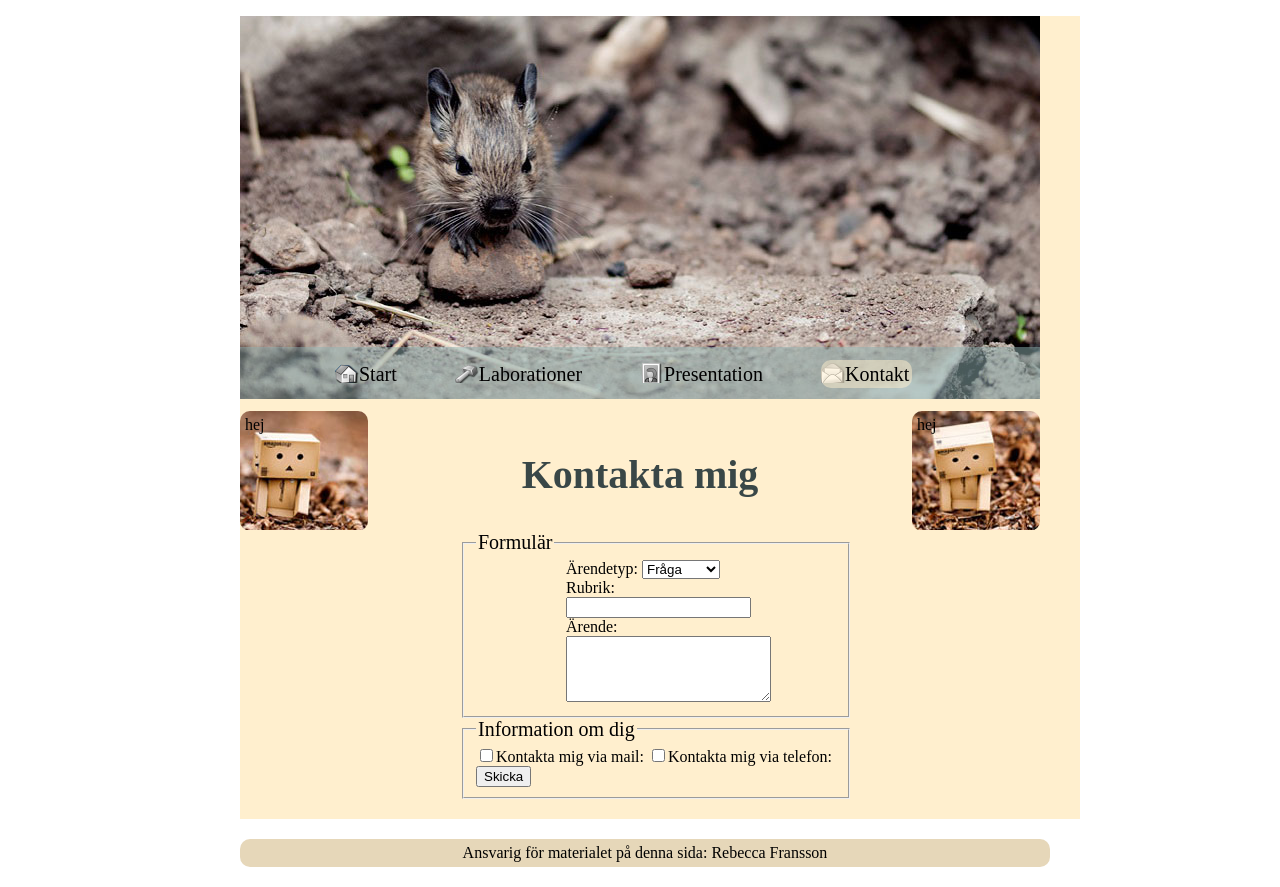
Repository: RebeccaFransson/Interfacedevelopment-1IK415
Page: pages/kontakt.html
The author's editor kept a record of every edit. The page is drawn from the files as they stood at one moment, then again after the next edit.
The browser window is 1280 px wide. The pictures show the whole page.

Above is the page before.

After the next edit:
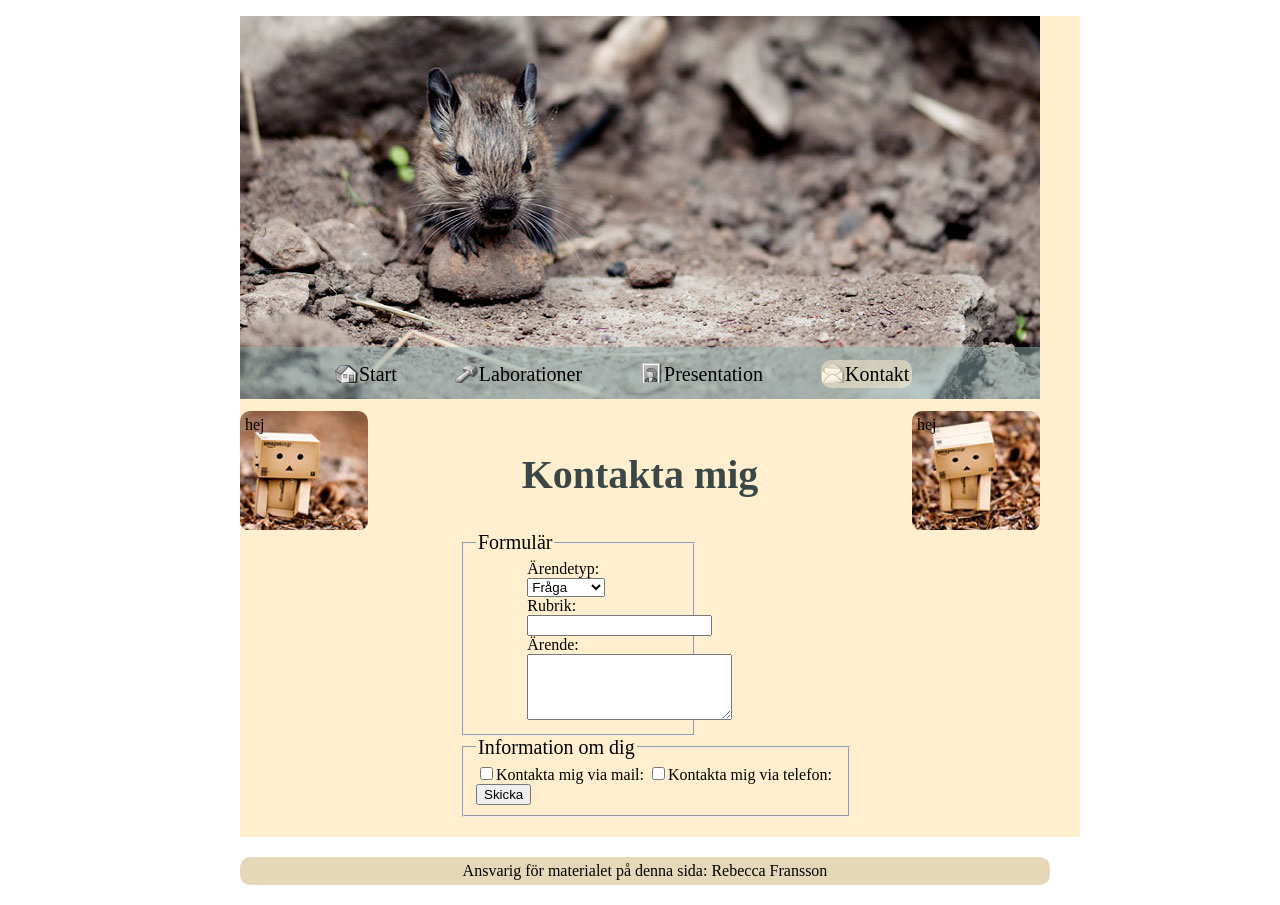
The edit:
--- a/pages/kontakt.html
+++ b/pages/kontakt.html
@@ -34,7 +34,7 @@
    <h2>Kontakta mig</h2>
    <div class="form">
        <form name="form" method="post" action="http://voyager.lnu.se/tekinet/kurser/dtt/wp_webbintro/form.php">
-         <fieldset style="width: 90%" >
+         <fieldset style="width: 50%" >
           <legend>Formulär</legend>
 
 
